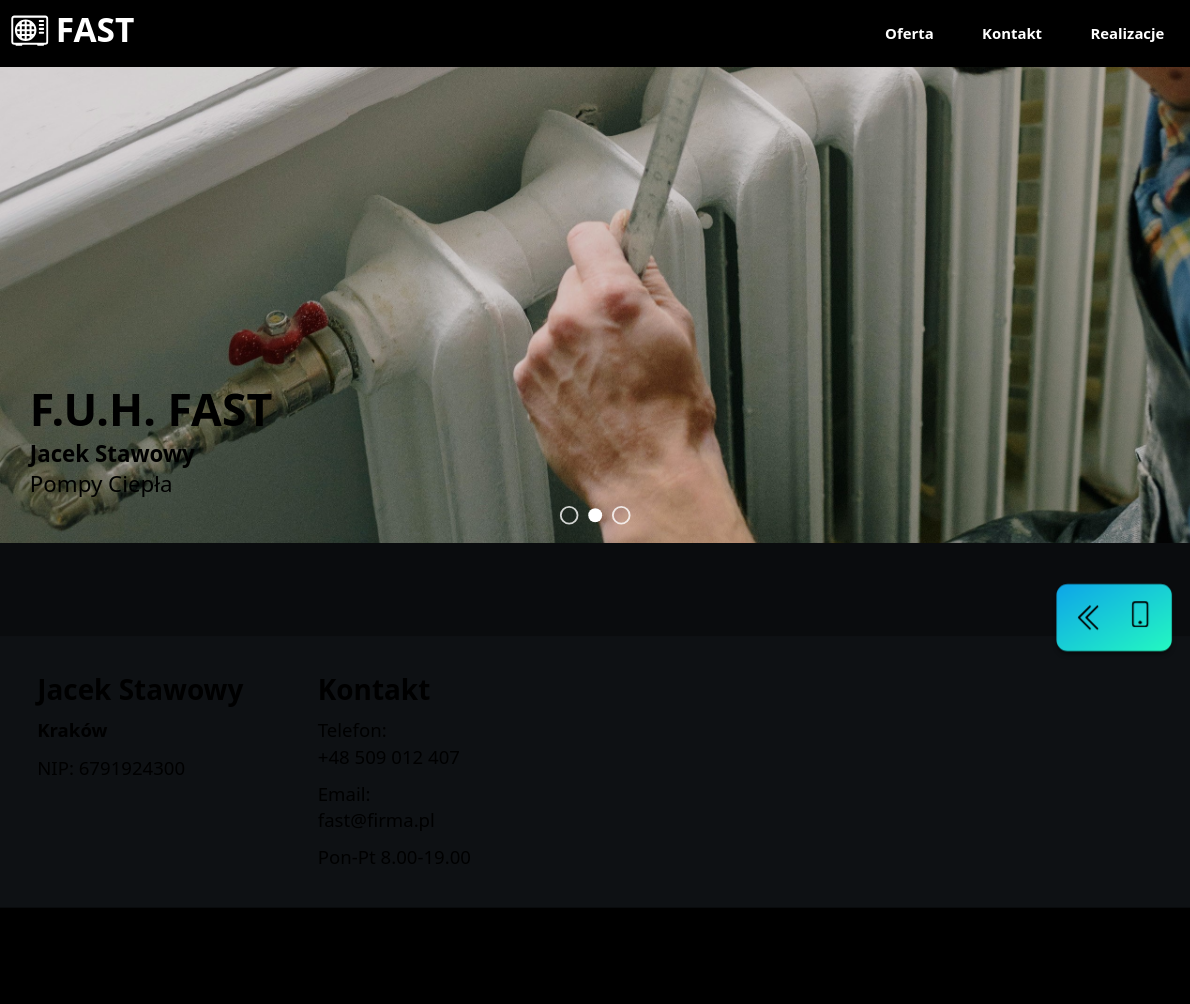
Repository: piotrokrutniak/Fast-CompanyWebsite
Page: /carousel
The author's editor kept a copy of each file at every save. The page is drawn from the files as they stood at one save, then again after the next save.
The browser window is 1280 px wide. The pictures show the whole page, at 93% of full size.
The project was rebuilt for these pictures with package versions that can differ from the ones it lists, and the page was loaded fresh each time. The framework's server and built-in components were replaced by stand-ins that run in the browser. Also part of the build but not shown: next.config.js.

Above is the page before, as saved 2023-10-21 11:47:01.

After the next save:
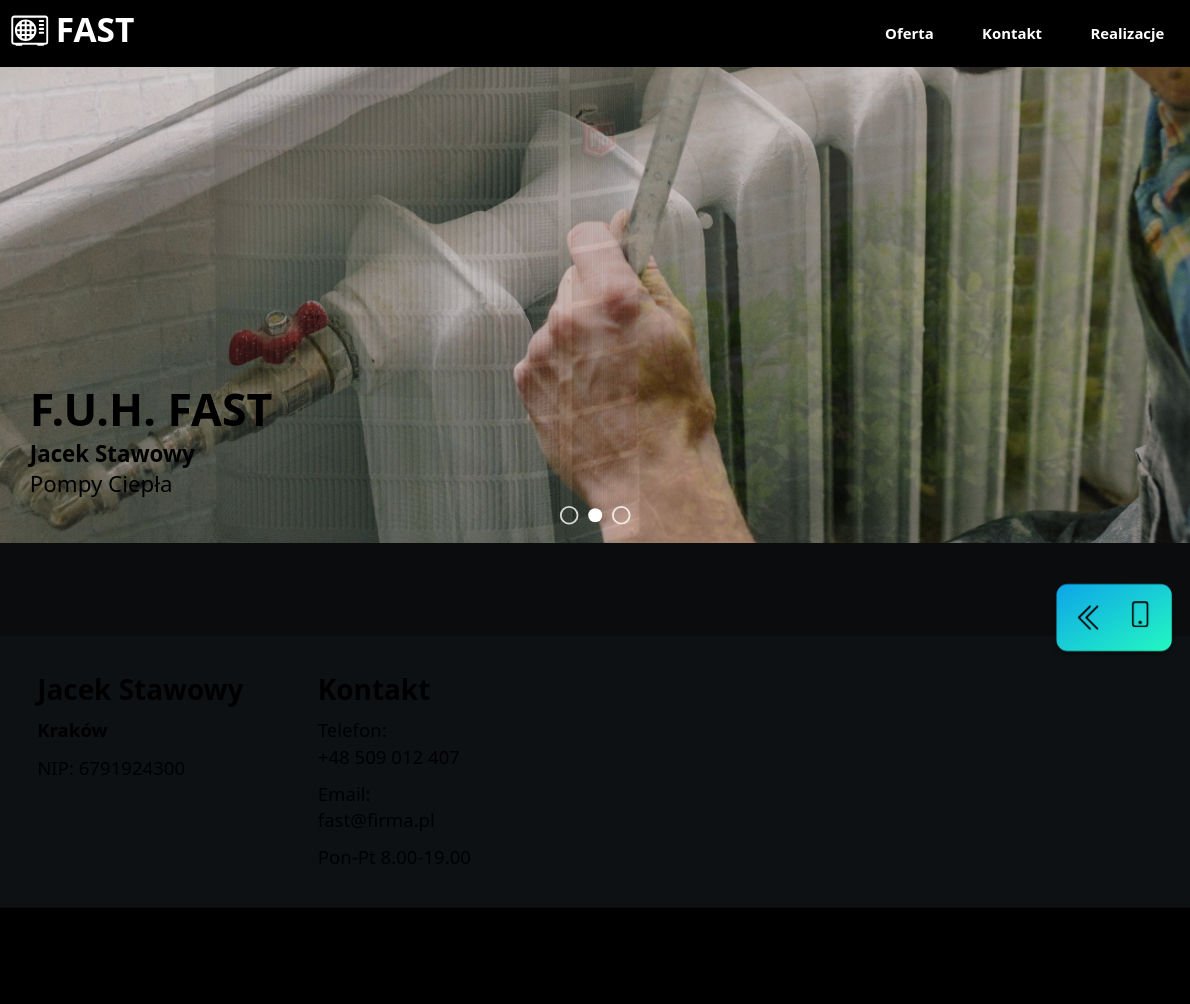
Saved 15 s later.
--- a/src/app/(pages)/carousel/page.js
+++ b/src/app/(pages)/carousel/page.js
@@ -89,7 +89,7 @@ export default function CarouselPage(){
 function CarouselPanel({image, index}){
     return (
         <div className={`w-full h-full absolute left-[${index * 100}%]`}>
-            <Image src={image} layout='fill' objectFit='cover' className="h-full"/>
+            <Image src={image} layout='fill' objectFit='cover' className="h-full opacity-80"/>
         </div>
         )
 }
